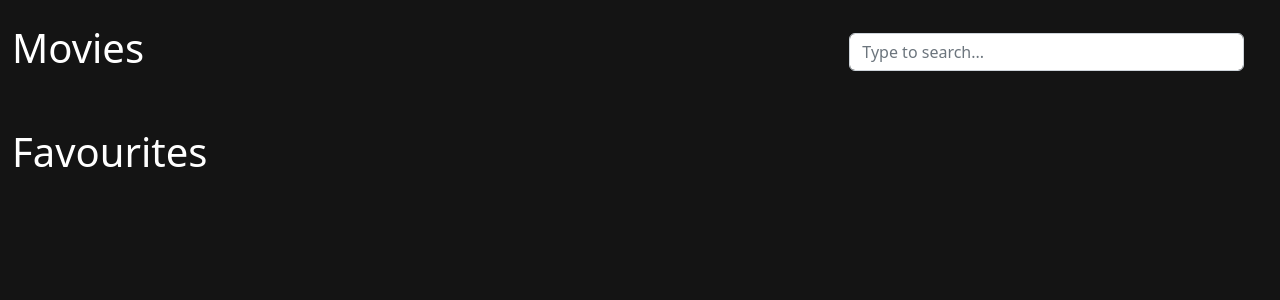
Repository: DeraBola/movie-app
Page: /
An editor plug-in stored every save of this project. The page is shown before and after the next save, followed by the edit.
The browser window is 1280 px wide. The pictures show the whole page.
The page's requests for data from a server got no answer. The project was rebuilt for these pictures with package versions that can differ from the ones it lists, and the page was loaded fresh each time. No one was signed in, and anything a server would have sent is missing. Also part of the build but not shown: src/components/AddFavourites.js, src/components/RemoveFavourites.js.

Above is the page before, as saved 2022-09-02 10:05:33.

### src/index.js
import React from 'react';
import ReactDOM from 'react-dom/client';
import './index.css';
import App from './App';
import reportWebVitals from './reportWebVitals';

const root = ReactDOM.createRoot(document.getElementById('root'));
root.render(
  <React.StrictMode>
    <App />
  </React.StrictMode>
);


// If you want to start measuring performance in your app, pass a function
// to log results (for example: reportWebVitals(console.log))
// or send to an analytics endpoint. Learn more: https://bit.ly/CRA-vitals
reportWebVitals();

### src/App.js
import React, { useEffect, useState } from "react";
import MovieList from "../src/components/MovieList";
import MovieListHeading from "../src/components/MovieListHeading";
import SearchBox  from "../src/components/SearchBox";
import "bootstrap/dist/css/bootstrap.min.css";
import AddFavourites from "../src/components/AddFavourites";
import "./App.css";
import RemoveFavourites from "../src/components/RemoveFavourites";


const App = () => {
  const [movies, setMovies] = useState([]);

  const [favourites, setFavourites] = useState([]);

  const [searchValue, setSearchValue] = useState([]);

  const getMovieRequest = async (searchValue) => {
    const url = `https://api.themoviedb.org/3/search/movie?query=${searchValue}&api_key=1a149356193d56f9143f86bca179b03e`

    const response = await fetch(url);

    const responseJson = await response.json();

    if(responseJson.results){
      setMovies(responseJson.results);
    }
  };

  useEffect(()=>{
    getMovieRequest(searchValue);
  }, [searchValue]);

  useEffect(()=>{
    const movieFavourites = JSON.parse(
      localStorage.getItem('react-movie-app-favourites')
    )||[];

    setFavourites(movieFavourites);
}, []);


  const saveToLocalStorage = (items) =>{
    localStorage.setItem('react-movie-app-favourites', JSON.stringify(items))
  }

const addFavouriteMovie = (movie) => {
  const newFavouriteList = [...favourites, movie];
  setFavourites(newFavouriteList);
  saveToLocalStorage(newFavouriteList);
};

const removeFavouriteMovie = (movie) => {
  const newFavouriteList = favourites.filter(
    (favourite) => favourite.id !== movie.id
  );
  setFavourites(newFavouriteList);
  saveToLocalStorage(newFavouriteList);
}

  return (
    <div className="container-fluid movie-app">
      <div className="row d-flex align-items-center mt-4 mb-4">
        <MovieListHeading heading='Movies' />
        < SearchBox searchValue={searchValue} setSearchValue={setSearchValue}/>
      </div>
      <div className="row">
        <MovieList
        movies={movies}
        handleFavouritesClick={addFavouriteMovie}
        favouriteComponent={AddFavourites}/>
      </div>
      <div className="row d-flex align-items-center mt-4 mb-4">
        <MovieListHeading heading='Favourites' />
      </div>
      <div className="row">
        <MovieList
        movies={favourites}
        handleFavouritesClick={removeFavouriteMovie }
        favouriteComponent={RemoveFavourites}/>
      </div>
    </div>
  );
};

export default App;

### src/components/MovieList.js
import React from "react";

const API_IMG = "https://image.tmdb.org/t/p/w500";

const MovieList = (props) => {

  const FavouriteComponent = props.favouriteComponent;

  return (
    <>
      {props.movies?.map((movie, id) => (
        <div key={id} className="movie-img d-flex justify-content-start m-2">
         <div className="movie-poster"><img src={API_IMG + movie.poster_path} className='card-img-top' alt="movie" /></div>
              <div className="movie-info">
                <h3>{movie.title}</h3>
                <div className='movie-over'>
                  <h6>Overview</h6>
                <p>{movie.overview}</p>
                </div>
          </div>
          <div
          onClick ={ () => props.handleFavouritesClick(movie)}
          className="overlay d-flex align-items-center justify-content-center"
          >
            <FavouriteComponent />
          </div>
        </div>
      ))}
    </>
  );
};

export default MovieList;

### src/components/MovieListHeading.js
import React from 'react';

const MovieListHeading = (props) => {
return(
    <div className='col'>
        <h1>{props.heading}</h1>
    </div>
);
};
export default MovieListHeading;

### src/components/SearchBox.js
import React from 'react';

const SearchBox = (props) => {
return(
    <div className='col col-sm-4'>
      <input className='form-control'
      value={props.value}
      onChange = {(event) => props.setSearchValue(event.target.value) }
      placeholder="Type to search..."></input>
    </div>
);
};
export default SearchBox;

### src/App.css
 body {
     background: #141414;
     color: #fff;
     text-decoration: none;
     list-style-type: none;
 }

 .movie-app>.row {
     overflow-x: auto;
     flex-wrap: nowrap;
     -ms-overflow-style: none;
     scrollbar-width: none;
     width: 100%;
 }

 .movie-app>.row::-webkit-scrollbar {
     display: none;
 }

 .movie-img {
     padding: 1rem;
     width: 600px;
     height: 600px;
     -ms-overflow-style: none;
     scrollbar-width: none;
 }

 .movie-img::-webkit-scrollbar {
     display: none;
 }

 .movie-img:hover {
     cursor: pointer;
     transform: scale(1.1);
 }

 .movie-img img {
     width: 250px;
     height: 250px;
 }

 .movie-img .movie-info {
     flex: 1;
     padding: 1.5rem;
     height: 200px;
 }

 .movie-info .movie-over {
     padding: 1rem;
     background: rgba(255, 255, 255, 0.2);
     box-shadow: 04px 30px rgba(0, 0, 0, 0.1);
     margin-right: .5rem;
     backdrop-filter: blur(5px);
     border-radius: 12px;
     border-top: 1px solid #fff;
     border-left: 1px solid #fff;
     width: 300px;
 }

 .movie-info h3 {
     font-size: 25px;
     top: 0;
 }

 .movie-info .movie-over h6 {
     text-transform: uppercase;
     font-size: 20px;
 }

 .movie-img:hover .overlay {
     opacity: 1;
 }

 .overlay {
     position: absolute;
     background: rgba(0, 0, 0, 0.8);
     width: 100%;
     transition: 0.5s ease;
     opacity: 0;
     bottom: 0;
     font-size: 20px;
     padding: 20px;
     text-align: center;
 }

Loaded but not shown: public/index.html (common file); src/index.css (common file); src/reportWebVitals.js (common file)

After the next save:
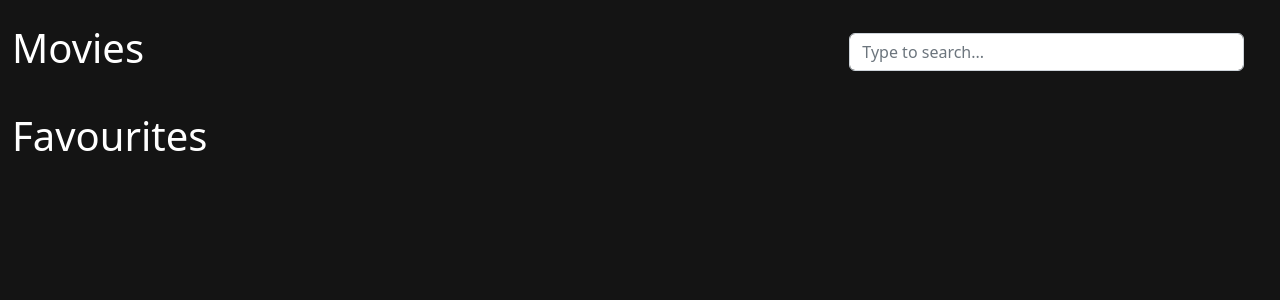
Saved 14 s later.
--- a/src/App.js
+++ b/src/App.js
@@ -60,7 +60,7 @@ const removeFavouriteMovie = (movie) => {
 
   return (
     <div className="container-fluid movie-app">
-      <div className="row d-flex align-items-center mt-4 mb-4">
+      <div className="row d-flex align-items-center mt-4 mb-2">
         <MovieListHeading heading='Movies' />
         < SearchBox searchValue={searchValue} setSearchValue={setSearchValue}/>
       </div>
